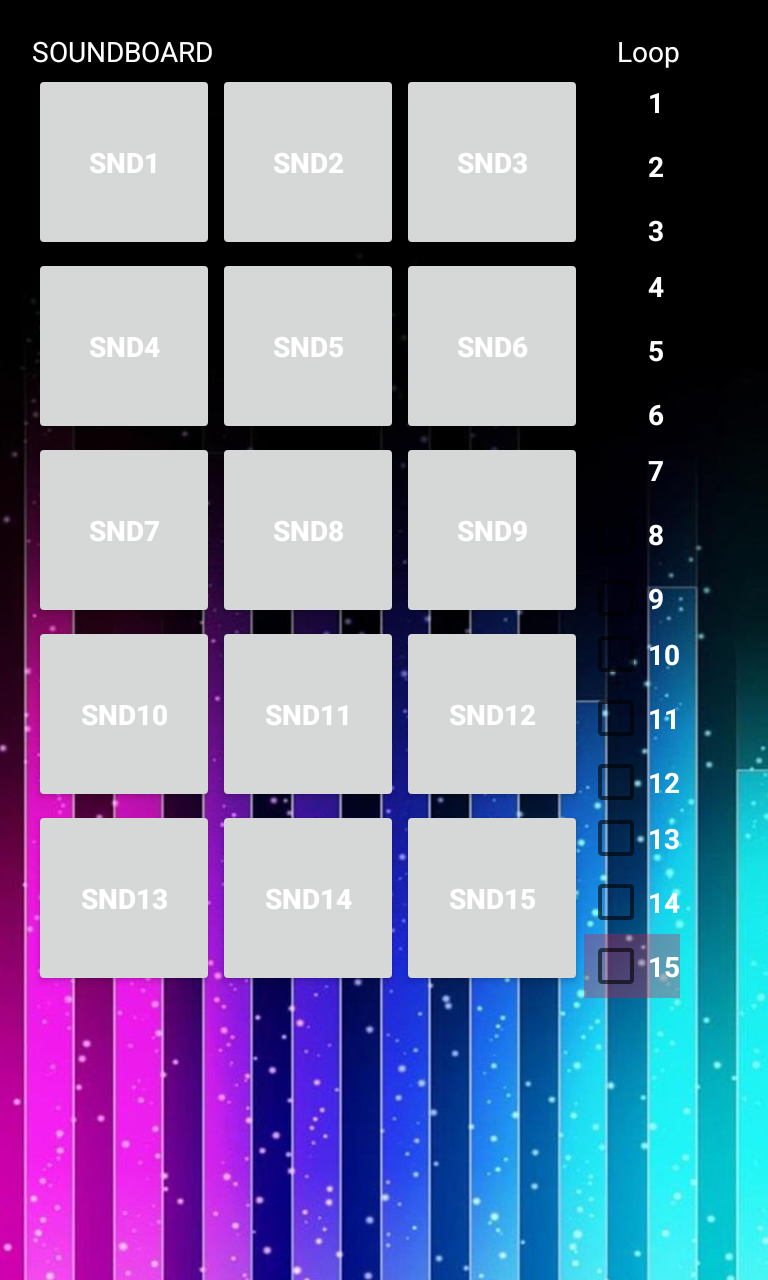
Repository: SoundBoardJAMJ/Project
Layout: workspace/SoundBoard/res/layout/defboard.xml
These files come from the project's save history. The layout is drawn as it stood at one moment and after the next save; the edit follows.
It is drawn on a 768 x 1280 px phone screen (xhdpi) without system bars, with theme AppTheme; the app's code is not run.

Above is the layout before, as saved 2014-05-02 07:20:50.

After the next save:
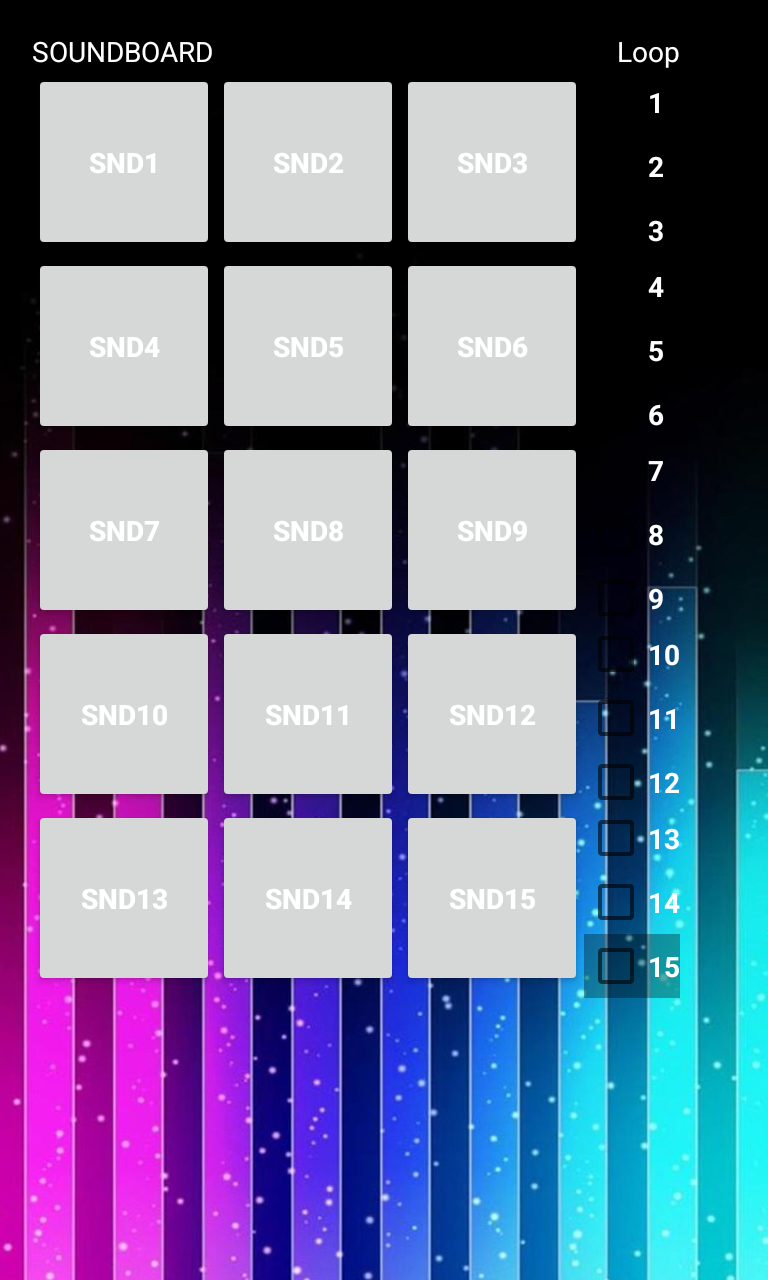
Saved 40 s later.
--- a/workspace/SoundBoard/res/layout/defboard.xml
+++ b/workspace/SoundBoard/res/layout/defboard.xml
@@ -386,7 +386,7 @@ android:layout_height="match_parent" >
         android:textColor="@android:color/white"
         android:alpha="1.0"
         android:textStyle="bold"
-        android:background="#55DD143C"
+        android:background="#55000000"
         android:text="15" />
 
     <TextView
